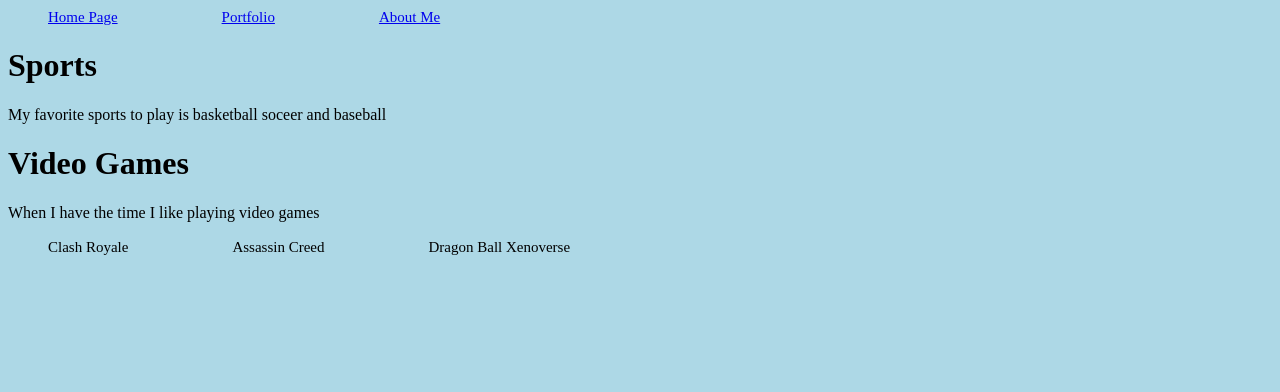
Repository: KevinAbr/KevinAbr.github.io
Page: about.html
The author's editor kept a record of every edit. The page is drawn from the files as they stood at one moment, then again after the next edit.
The browser window is 1280 px wide. The pictures show the whole page.

Above is the page before.

After the next edit:
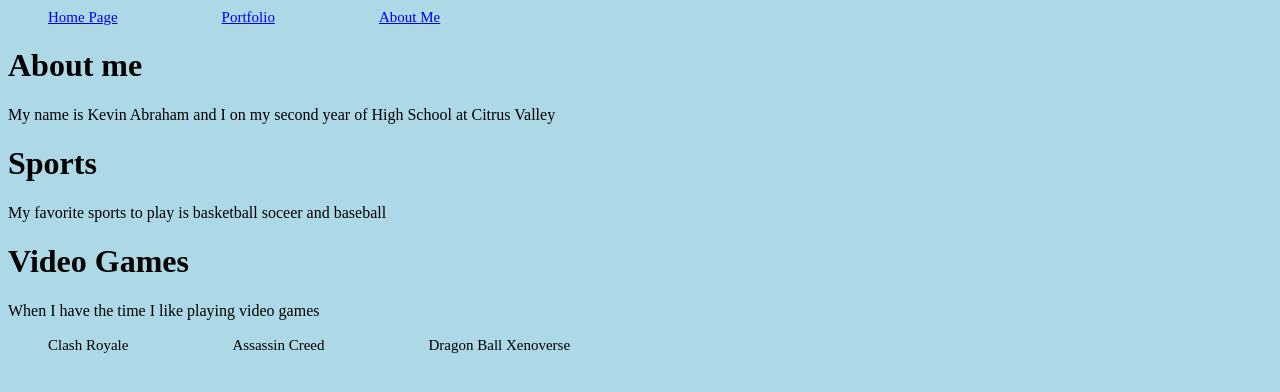
The edit:
--- a/about.html
+++ b/about.html
@@ -22,6 +22,8 @@
           <li><a href="portfolio.html">Portfolio</a></li>
           <li><a href="about.html">About Me</a></li>
         </ul>
+    <h1>About me</h1>
+    <p>My name is Kevin Abraham and I on my second year of High School at Citrus Valley</p>
     <h1> Sports </h1>
        <p> My favorite sports to play is basketball soceer and baseball</p>
 
